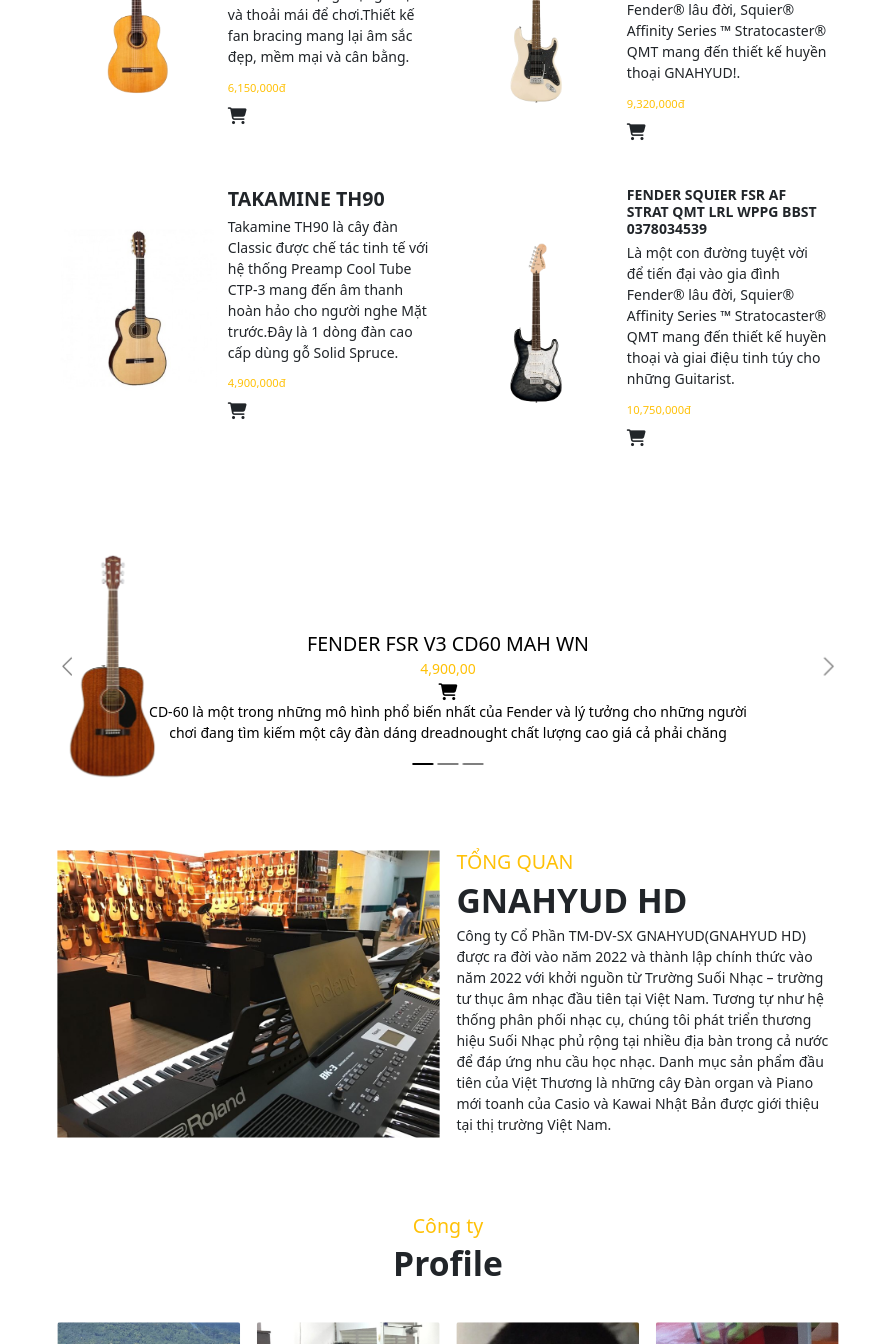
Repository: HoangDuy315/guitar
Page: index.html
The author's editor kept a copy of each file at every save. The page is drawn from the files as they stood at one save, then again after a run of saves.
The browser window is 1280 px wide. The pictures show the part of the page from y = 1400 to 3320 px (the page is 4869 px tall), at 70% of full size.
Some web libraries are served in a nearby version.

Above is the page before, as saved 2022-09-16 15:41:21.

After the next 2 saves:
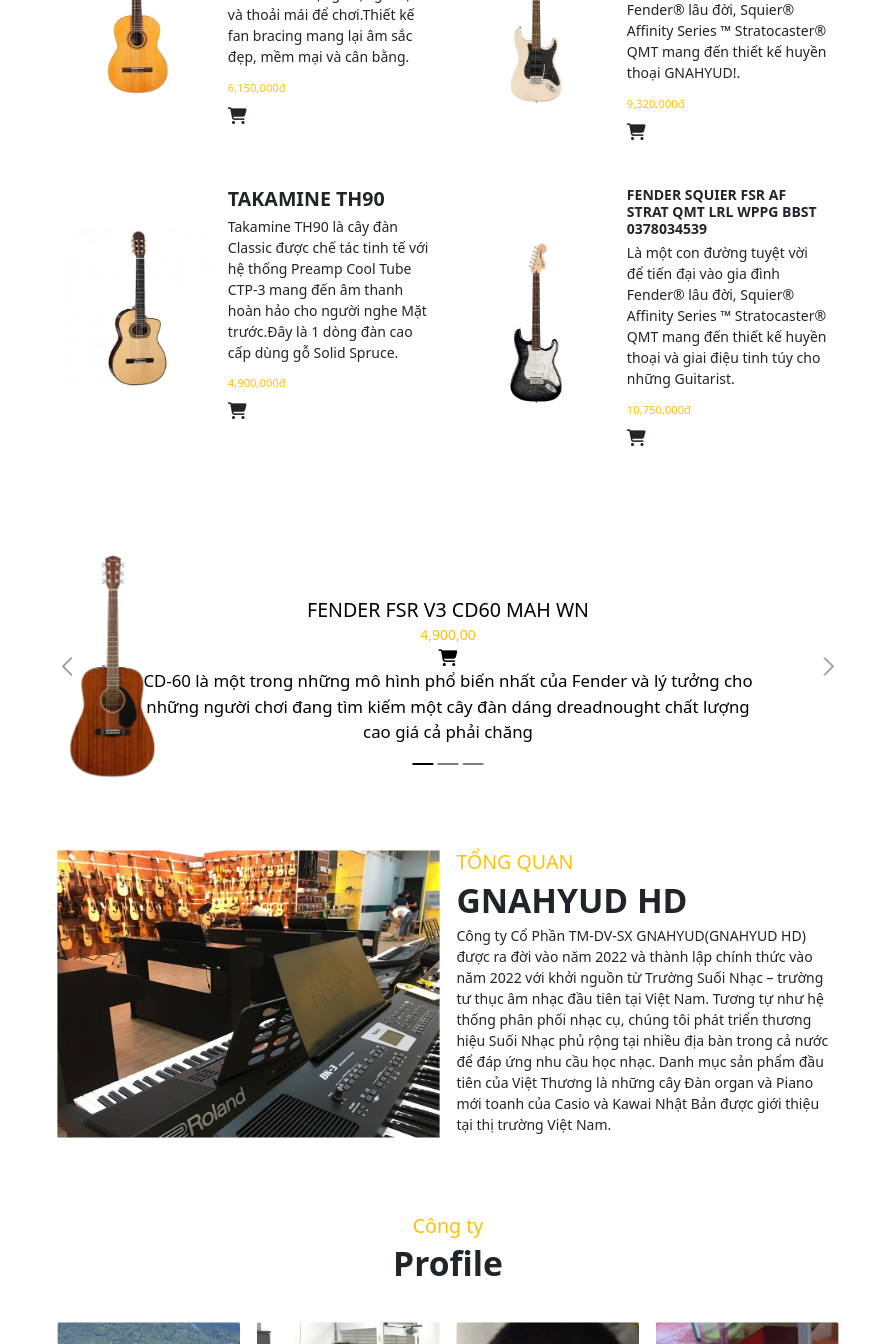
The 2 saves are shown as one change because they came seconds apart.
The last was saved 6 s later.
--- a/index.html
+++ b/index.html
@@ -210,7 +210,7 @@
             <h3>FENDER FSR V3 CD60 MAH WN</h3>
             <h5 class="text-warning">4,900,00</h5>
             <i class="fa-solid fa-cart-shopping fs-4"></i>
-            <p class="fs-5">CD-60 là một trong những mô hình phổ biến nhất của Fender và lý tưởng cho những người chơi đang tìm kiếm một cây đàn dáng dreadnought chất lượng cao giá cả phải chăng</p>
+            <p class="fs-4">CD-60 là một trong những mô hình phổ biến nhất của Fender và lý tưởng cho những người chơi đang tìm kiếm một cây đàn dáng dreadnought chất lượng cao giá cả phải chăng</p>
           </div>
         </div>
         <div class="carousel-item" data-bs-interval="2000">
